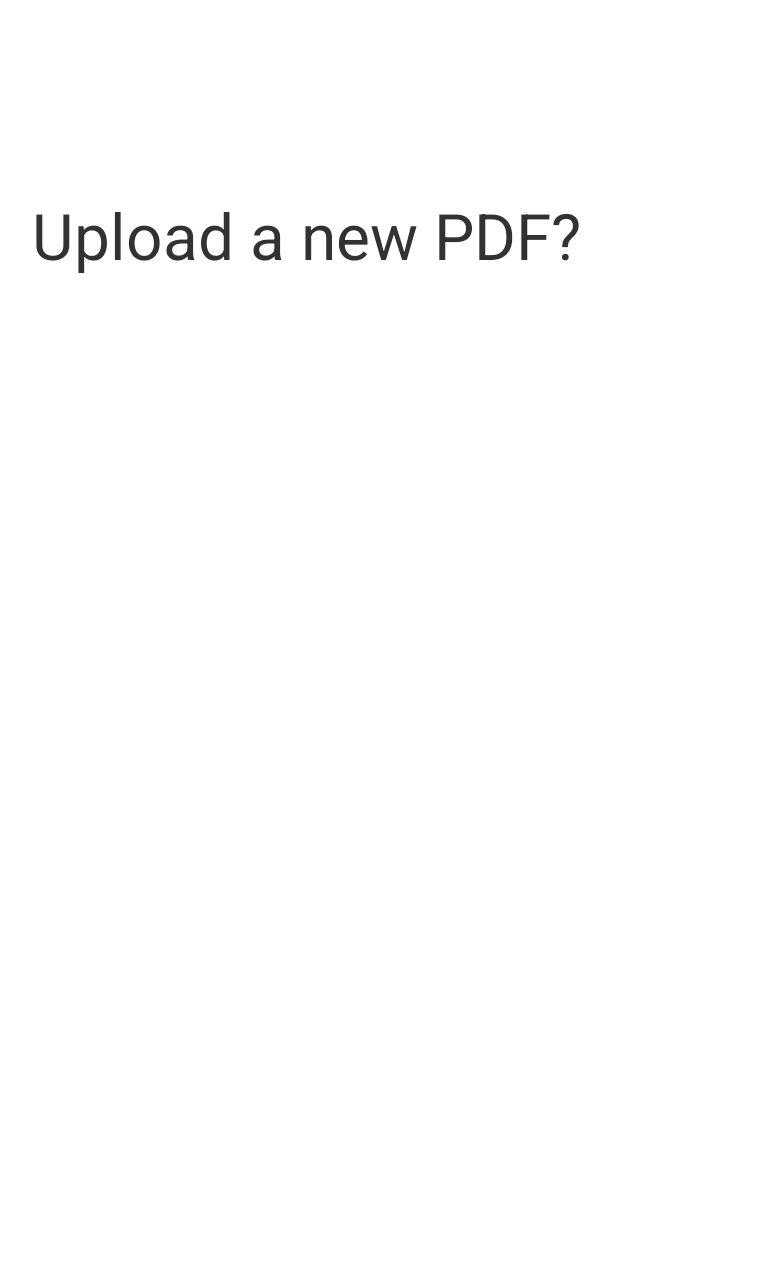
Repository: nick11roberts/Moka-Scanr
Layout: Document Uploader/res/layout/fragment_main.xml
An editor plug-in stored every save of this project. The layout is shown before and after the next save, followed by the edit.
It is drawn on a 768 x 1280 px phone screen (xhdpi) without system bars, with theme android:Theme.Light.NoTitleBar; the app's code is not run.

Above is the layout before, as saved 2014-05-29 06:02:48.

After the next save:
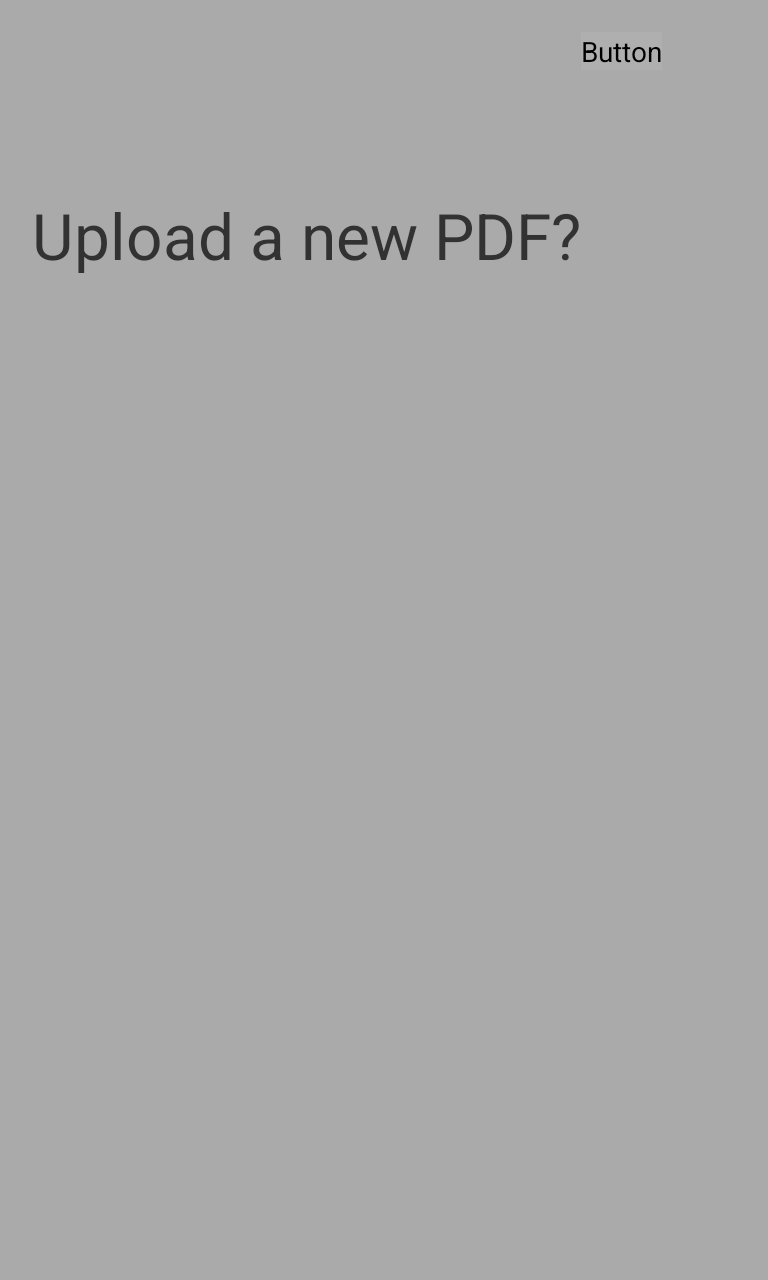
Saved 3 min 54 s later.
--- a/Document Uploader/res/layout/fragment_main.xml
+++ b/Document Uploader/res/layout/fragment_main.xml
@@ -1,13 +1,15 @@
 <LinearLayout xmlns:android="http://schemas.android.com/apk/res/android"
     xmlns:tools="http://schemas.android.com/tools"
-    android:layout_width="wrap_content"
+    android:layout_width="match_parent"
     android:layout_height="match_parent"
+    android:background="#AAAAAA"
+    android:baselineAligned="_baseline"
+    android:orientation="horizontal"
     android:paddingBottom="@dimen/activity_vertical_margin"
     android:paddingLeft="@dimen/activity_horizontal_margin"
     android:paddingRight="@dimen/activity_horizontal_margin"
     android:paddingTop="@dimen/activity_vertical_margin"
-    tools:context="io.github.nick11roberts.pdf_drive.MainActivity$mainFragment"
-    android:orientation="vertical" >
+    tools:context="io.github.nick11roberts.pdf_drive.MainActivity$mainFragment" >
 
     <TextView
         android:layout_width="wrap_content"
@@ -16,4 +18,11 @@
         android:text="@string/main_heading"
         android:textSize="32sp" />
 
+    <Button
+        android:id="@+id/button1"
+        android:layout_width="wrap_content"
+        android:layout_height="wrap_content"
+        android:background="#FFFFFF0"
+        android:text="Button" />
+
 </LinearLayout>
